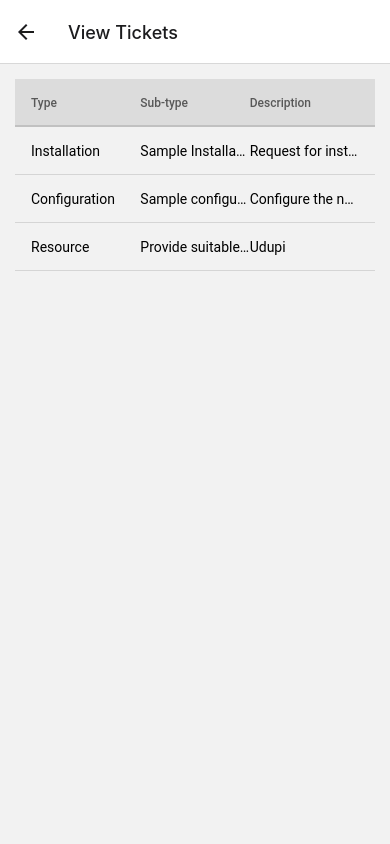
Repository: VishnuJG/Metro-Employee-App
Screen: /View Tickets
The author's editor kept a copy of each file at every save. The screen is drawn from the files as they stood at one save, then again after the next save.
The app was drawn by React Native's web renderer in a window 390 px wide. The project was rebuilt for these pictures with package versions that can differ from the ones it lists, and the page was loaded fresh each time. Also part of the build but not shown: components/Task.js, components/EmployeeForm.js.

Above is the screen before, as saved 2022-06-30 16:03:54.

### App.js
import { StatusBar } from 'expo-status-bar';
import React, { useState,useEffect } from "react";
import { StyleSheet, Text, View, TextInput, Button, Alert} from 'react-native';
import { useDimensions } from '@react-native-community/hooks';
import Task from './components/Task';
import { NavigationContainer } from '@react-navigation/native';
import { createNativeStackNavigator } from '@react-navigation/native-stack';
import EmployeeForm from './components/EmployeeForm';
import Home from './components/Home';
import EmployeeTable from './components/EmployeeTable';

const Stack = createNativeStackNavigator();

export default function App() {

  return (
    <NavigationContainer>
      <Stack.Navigator>
        <Stack.Screen
          name="Home"
          component={Home}
          options={{ title: 'Home' }}
        />
        <Stack.Screen name="Add Ticket" component={EmployeeForm} />
        <Stack.Screen name="View Tickets" component={EmployeeTable} />
      </Stack.Navigator>
    </NavigationContainer>
  );

}

### components/Home.js
import { StatusBar } from 'expo-status-bar';
import { StyleSheet, Text,Button, View } from 'react-native';

export default function Home({ navigation }) {
  return (
    <View style={styles.container}>

        <View style={styles.button}>
          <Button title="Add Employee"
              onPress={() =>
                  navigation.navigate('Add Ticket')
              }
          />
        </View>

        <View style={styles.button}>
          <Button title="View Employees"
              onPress={() =>
                  navigation.navigate('View Tickets')
              }
          />
        </View>

    </View>
  );
}

const styles = StyleSheet.create({
  container: {
    flex: 1,
    backgroundColor: '#fff',
    alignItems: 'center',
    justifyContent: 'center',
  },
  button:{
    margin:20
  }
});

### components/EmployeeTable.js
import React from 'react';
import { StyleSheet,Alert } from 'react-native';
import { DataTable } from 'react-native-paper';

const employees = [
    {
        name:'Installation',
        email:'Sample Installation',
        location:'Request for installation of the sample bot'
    },
    {
        name:'Configuration',
        email:'Sample configuration',
        location:'Configure the new sample demo bot as soon as possible'
    },
    {
        name:'Resource',
        email:'Provide suitable resource for work',
        location:'Udupi'
    },

]

const EmployeeTable = () => {
return (
	<DataTable style={styles.container}>

	<DataTable.Header style={styles.tableHeader}>
		<DataTable.Title>Type</DataTable.Title>
		<DataTable.Title>Sub-type</DataTable.Title>
		<DataTable.Title>Description</DataTable.Title>
	</DataTable.Header>

    {
        employees.map(emp => {
            return(
                <DataTable.Row key={emp.email} onPress={()=>{Alert.alert('Employee Data', `Ticket Type : ${emp.name}\nTicket Sub-type : ${emp.email}\nTicket Description : ${emp.location}`)}}>
                    <DataTable.Cell>{emp.name}</DataTable.Cell>
                    <DataTable.Cell>{emp.email}</DataTable.Cell>
                    <DataTable.Cell>{emp.location}</DataTable.Cell>
                </DataTable.Row>
            )
        })
    }

	</DataTable>
);
};

export default EmployeeTable;

const styles = StyleSheet.create({
container: {
	padding: 15,
},
tableHeader: {
	backgroundColor: '#DCDCDC',
},
});

After the next save:
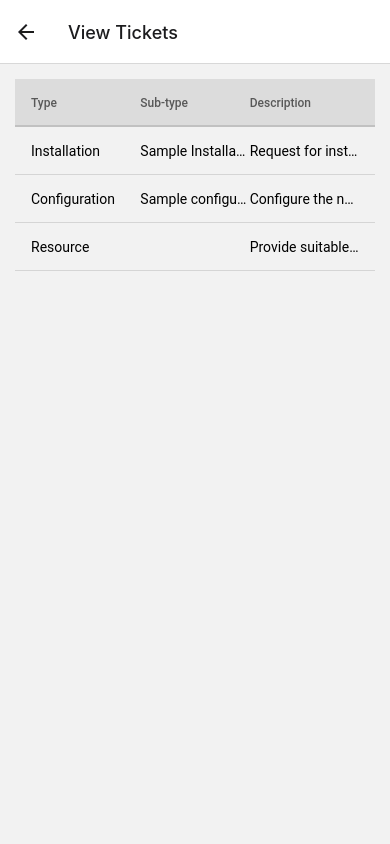
Saved 11 s later.
--- a/components/EmployeeTable.js
+++ b/components/EmployeeTable.js
@@ -15,8 +15,8 @@ const employees = [
     },
     {
         name:'Resource',
-        email:'Provide suitable resource for work',
-        location:'Udupi'
+        email:'',
+        location:'Provide suitable resource for work'
     },
 
 ]
